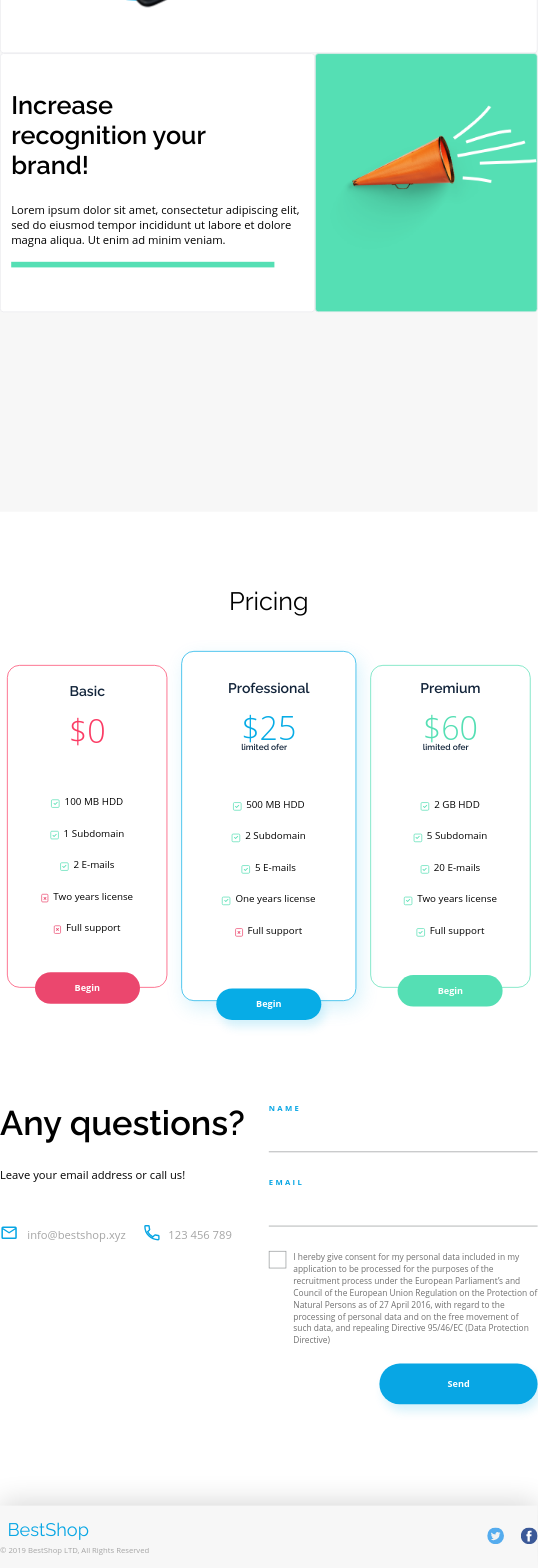
Repository: VolodymyrDubnytskyi/BestShop_project
Page: index.html
The author's editor kept a copy of each file at every save. The page is drawn from the files as they stood at one save, then again after the next save.
The browser window is 768 px wide. The pictures show the part of the page from y = 2030 to 4270 px (the page is 4270 px tall), at 70% of full size.
Some web libraries are served in a nearby version.

Above is the page before, as saved 2020-01-17 19:45:16.

After the next save:
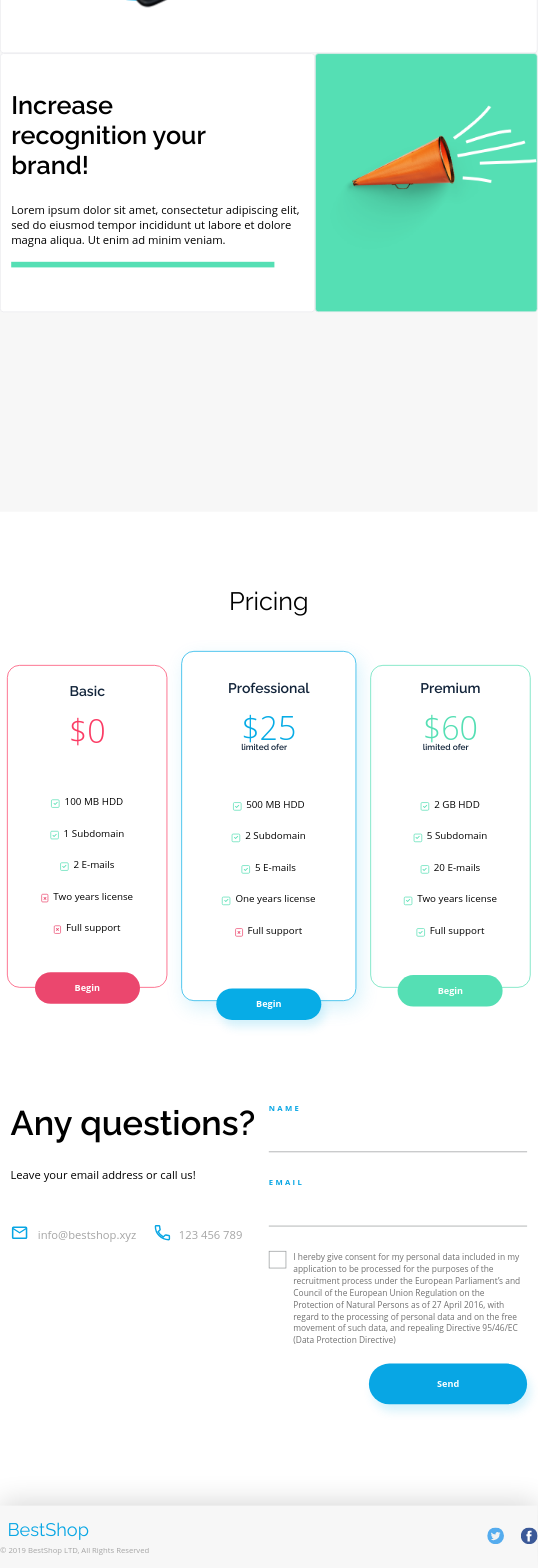
Saved 2 min 17 s later.
--- a/css/style.css
+++ b/css/style.css
@@ -896,4 +896,7 @@ background-color: #eb476d1d;
   .main-content-boxes-split-for-two .maint-contet-last-box-one hr{
     margin-left: 15px;
   }
-}
+  .form-and-questions-box{
+    padding: 15px;
+  }
+}
